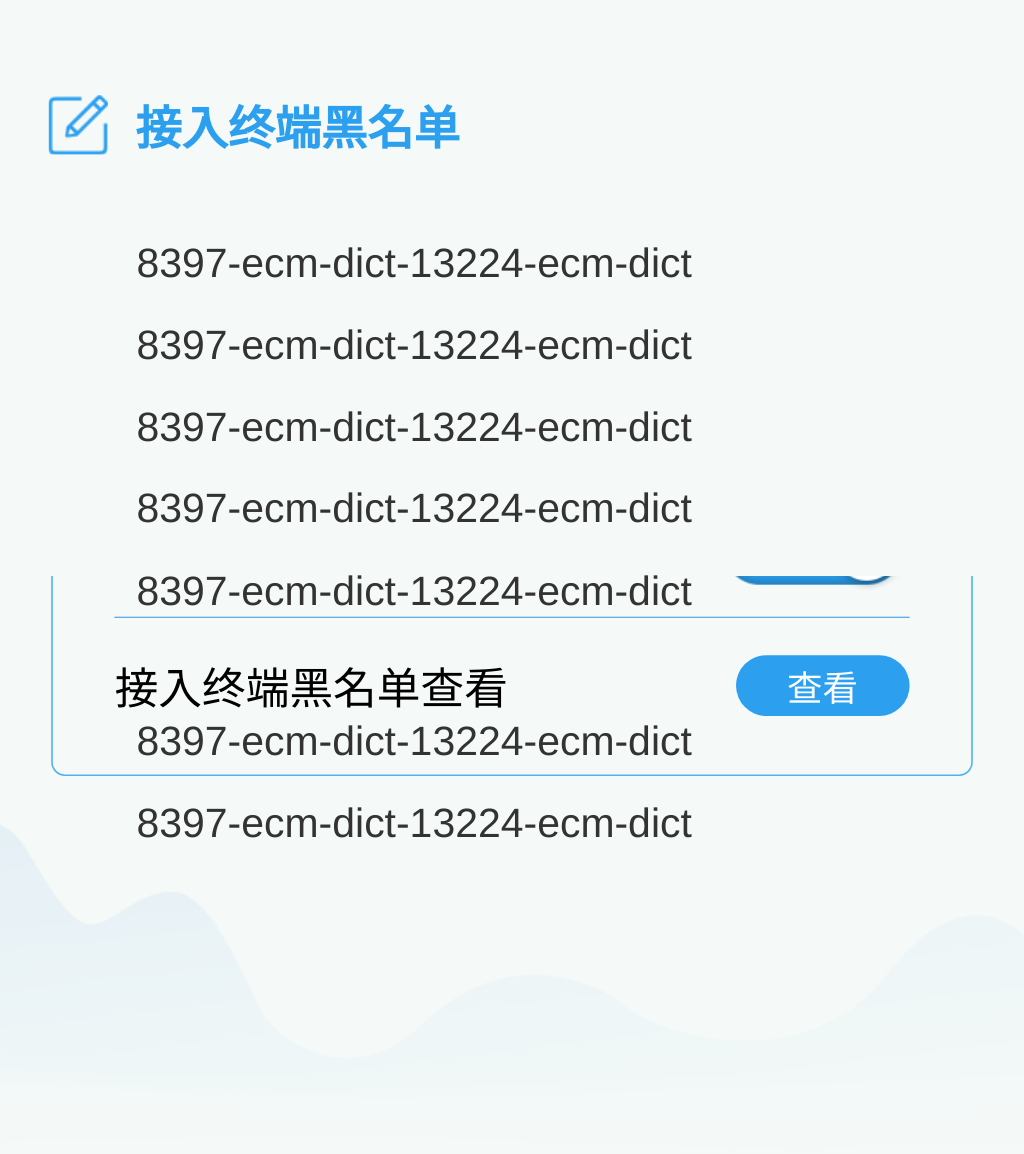
Repository: wangbiaozy/8.24
Page: index_control.html
An editor plug-in stored every save of this project. The page is shown before and after the next save, followed by the edit.
The browser window is 1280 px wide. The pictures show the whole page, at 80% of full size.

Above is the page before, as saved 2018-08-22 18:39:09.

### index_control.html
<!DOCTYPE html>
<html lang="en">
<head>
    <meta charset="UTF-8">
    <meta name="viewport"
          content="width=device-width, user-scalable=no, initial-scale=1.0, maximum-scale=1.0, minimum-scale=1.0">
    <title>Title</title>
    <link rel="stylesheet" href="css/reset.min.css">
    <link rel="stylesheet/less" href="css/styles_control.less">
    <script src="js/less-1.7.0.min.js"></script>
</head>
<body>
    <header>
        <p>个性控制</p>
        <a class="back" href="javascript:void(0)"></a>
    </header>
    <section>
        <ul id="controlBox">
            <li>
                <p>网关重启</p>
                <a href="javascript:void(0)"></a>
            </li>
            <li>
                <p>无线WIFI开关</p>
                <a class="off" href="javascript:void(0)"></a>
            </li>
            <li>
                <p>LED指示灯开关</p>
                <a href="javascript:void(0)"></a>
            </li>
            <li>
                <p>接入终端黑名单查看</p>
                <div id="look_blacklist">
                    <p>查看</p>
                </div>
            </li>
        </ul>
        <div></div>
    </section>
    <!-- 黑名单弹窗 -->
    <div class="blacklistModel">
        <div>
            <h2><span></span>接入终端黑名单</h2>
        </div>
        <div>
            <ul>
                <li>8397-ecm-dict-13224-ecm-dict</li>
                <li>8397-ecm-dict-13224-ecm-dict</li>
                <li>8397-ecm-dict-13224-ecm-dict</li>
                <li>8397-ecm-dict-13224-ecm-dict</li>
                <li>8397-ecm-dict-13224-ecm-dict</li>
                <li>8397-ecm-dict-13224-ecm-dict</li>
                <li>8397-ecm-dict-13224-ecm-dict</li>
            </ul>
        </div>
    </div>
</body>
</html>
<script src="js/jquery-1.10.1.min.js"></script>
<script src="js/index.js"></script>

### css/reset.min.css
@charset "utf-8";
/*默认样式清除和初始化*/
body,h1,h2,h3,h4,h5,h6,hr,p,blockquote,dl,dt,dd,ul,ol,li,button,input,textarea,th,td{margin:0;padding:0}body{font-size:12px;font-style:normal;font-family:"\5FAE\8F6F\96C5\9ED1",Helvetica,sans-serif}small{font-size:12px}h1{font-size:18px}h2{font-size:16px}h3{font-size:14px}h4,h5,h6{font-size:100%}ul,ol{list-style:none}a{text-decoration:none;background-color:transparent}a:hover,a:active{outline-width:0;text-decoration:none}table{border-collapse:collapse;border-spacing:0}hr{border:0;height:1px}img{border-style:none}img:not([src]){display:none}svg:not(:root){overflow:hidden}html{-webkit-touch-callout:none;-webkit-text-size-adjust:100%}input,textarea,button,a{-webkit-tap-highlight-color:rgba(0,0,0,0)}article,aside,details,figcaption,figure,footer,header,main,menu,nav,section,summary{display:block}audio,canvas,progress,video{display:inline-block}audio:not([controls]),video:not([controls]){display:none;height:0}progress{vertical-align:baseline}mark{background-color:#ff0;color:#000}sub,sup{position:relative;font-size:75%;line-height:0;vertical-align:baseline}sub{bottom:-0.25em}sup{top:-0.5em}button,input,select,textarea{font-size:100%;outline:0}button,input{overflow:visible}button,select{text-transform:none}textarea{overflow:auto}button,html [type="button"],[type="reset"],[type="submit"]{-webkit-appearance:button}button::-moz-focus-inner,[type="button"]::-moz-focus-inner,[type="reset"]::-moz-focus-inner,[type="submit"]::-moz-focus-inner{border-style:none;padding:0}button:-moz-focusring,[type="button"]:-moz-focusring,[type="reset"]:-moz-focusring,[type="submit"]:-moz-focusring{outline:1px dotted ButtonText}[type="checkbox"],[type="radio"]{box-sizing:border-box;padding:0}[type="number"]::-webkit-inner-spin-button,[type="number"]::-webkit-outer-spin-button{height:auto}[type="search"]{-webkit-appearance:textfield;outline-offset:-2px}[type="search"]::-webkit-search-cancel-button,[type="search"]::-webkit-search-decoration{-webkit-appearance:none}::-webkit-input-placeholder{color:inherit;opacity:.54}::-webkit-file-upload-button{-webkit-appearance:button;font:inherit}.clear:after{display:block;height:0;content:"";clear:both}
*{ -webkit-tap-highlight-color: rgba(0,0,0,0);-webkit-tap-highlight-color: transparent; /* For some Androids */ }

### js/index.js
(function (doc, win) {
    var docEl = doc.documentElement,
        resizeEvt = 'orientationchange' in window ? 'orientationchange' : 'resize',
        recalc = function () {
            var clientWidth = docEl.clientWidth;
            if (!clientWidth) return;
            docEl.style.fontSize = 100 * (clientWidth / 750) + 'px';
        };
    if (!doc.addEventListener) return;
    win.addEventListener(resizeEvt, recalc, false);
    doc.addEventListener('DOMContentLoaded', recalc, false);
})(document, window);
$(function () {

    //一键体检
    $('#beforeBtn').on('click',function(){
        $('.before').hide();
        $('.check').show();
        $('.progress').circleProgress({
            value: 1,
            size: 115,
            startAngle: Math.PI/2,
            thickness: 14,
            animation: {duration:12000},//进度条完成时间（ms）
            fill: {
                gradient: ["#32edfd"]
            },
            //circle-animation-start：	function(event)-event - jQ事件
            //circle-animation-progress：	function(event, animationProgress, stepValue)：-event - jQ事件 animationProgress - 从0.0到1.0stepValue - 当前的步长值，从0.0到value
            //circle-animation-end:	function(event)：-event - jQ事件
        }).on('circle-animation-progress', function (event, progress, stepValue) {
                $(this).find('span').html(parseInt(stepValue.toFixed(2) * 100));
        }).on('circle-animation-end',function(){
            $('.message').removeClass('move');
            stop();
            $('.check').hide();
            $('.result').show();
        });
        start();
        messageMove();
    });


    //检查项滚动
    var messageInnerText = '1111';
    function messageScroll(){
        $('.message').children('li:first-child').remove();
        $('.message').append('<li>'+messageInnerText+'</li>');
        if(!$('.message').hasClass('move')){
            window.clearInterval(timer);
        }
    }
    function messageMove(){
        timer = window.setInterval(messageScroll,500);
    }


    //检测时间
    var hour,minute,second;
    hour=minute=second=0;
    var millisecond=0;
    var int;
    function start(){
        int=setInterval(times,50);
    }
    function times(){
        millisecond=millisecond+50;
        if(millisecond>=1000){
            millisecond=0;
            second=second+1;
        }
        if(second>=60){
            second=0;
            minute=minute+1;
        }

        if(minute>=60){
            minute=0;
            hour=hour+1;
        }
      $('#timeText').text((hour<10?"0"+hour:hour)+':'+(minute<10?"0"+minute:minute)+':'+(second<10?"0"+second:second));
    }
    function stop(){
        window.clearInterval(int);
    }


    //查看详细清单下拉
    $('.arrow').on('click',function(){
        var $this = $(this),
            $listBox = $(this).siblings('div');
        $listBox.slideToggle("normal",function(){
            if($listBox.css('display') === 'block'){
                $this.addClass('act');
                $this.siblings('p').css('opacity','0');
            }else{
                $this.removeClass('act');
                $this.siblings('p').css('opacity','1');
            }
        });
    });



    //网关重启 WIFI开关 LED指示灯开关 查看黑名单
    $('#controlBox').on('click','a',function(){
        var $this = $(this);
        if($this.hasClass('off')){
            $this.removeClass('off');
        }else{
            $this.addClass('off');
        }
    });

    $('#look_blacklist').on('click',function(){
        var $blacklist = $('.blacklist');
        $blacklist.slideToggle('normal',function(){
            if($(this).css('display') === 'block'){
                $('#look_blacklist').addClass('act');
                $('.arrow_m').addClass('act');
            }else{
                $('#look_blacklist').removeClass('act');
                $('.arrow_m').removeClass('act');
            }
        });
    });

    //返回
    $('.back').on('click',function(){
        window.history.go(-1);
    });
    //关闭弹窗
    $('.close').on('click',function(){
        $(this).parent().hide();
        hideMask();
    });
    //显示遮罩层
    function showMask(){
        $("#mask").css("height",$(document).height());
        $("#mask").css("width",$(document).width());
        $("#mask").show();
        $('body').css('position','fixed');
    }
    //隐藏遮罩层
    function hideMask(){
        $("#mask").hide();
        $('body').css('position','unset');
    }
});

Loaded but not shown: js/less-1.7.0.min.js (library); js/jquery-1.10.1.min.js (library)

After the next save:
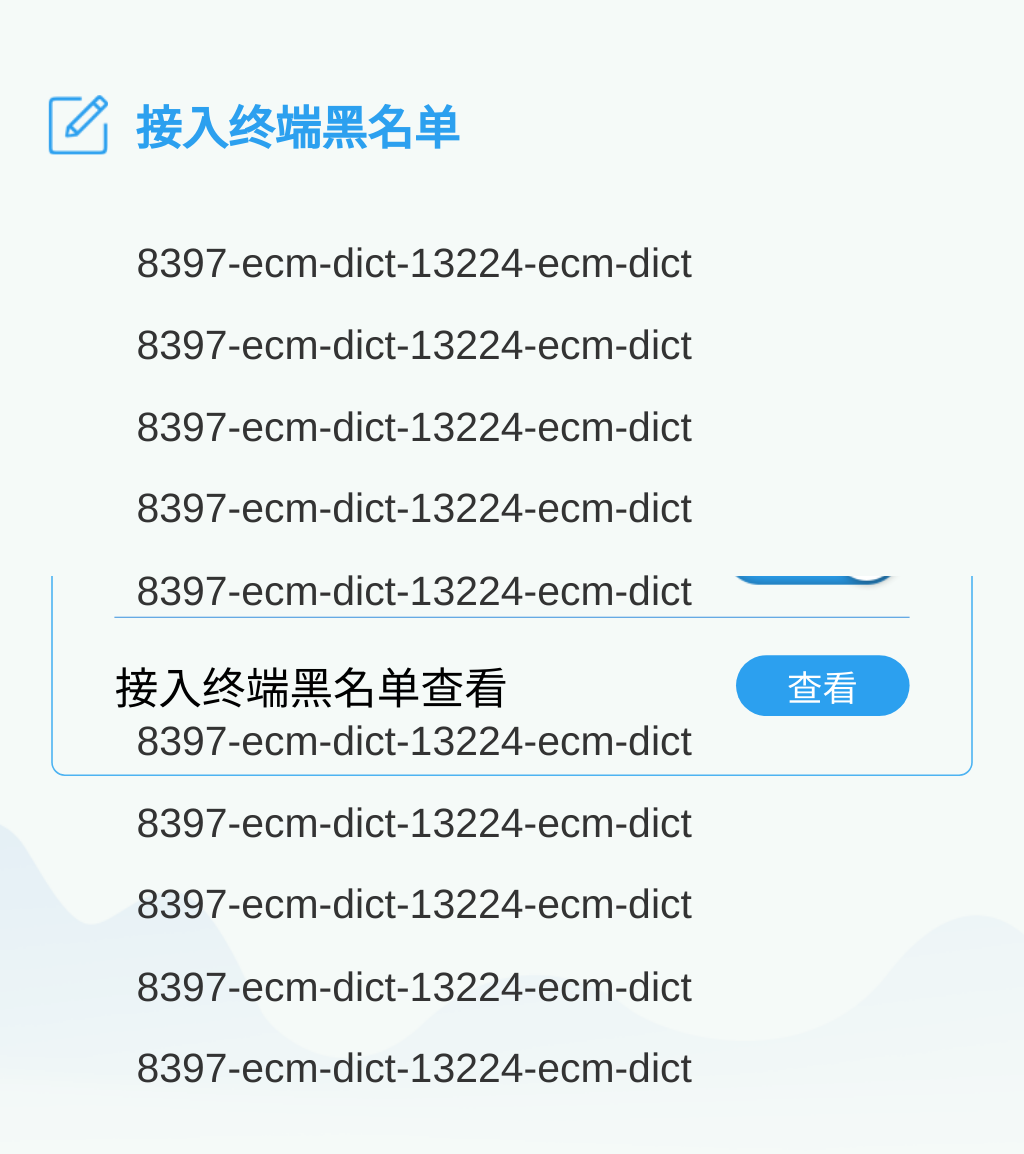
Saved 11 s later.
--- a/index_control.html
+++ b/index_control.html
@@ -51,6 +51,11 @@
                 <li>8397-ecm-dict-13224-ecm-dict</li>
                 <li>8397-ecm-dict-13224-ecm-dict</li>
                 <li>8397-ecm-dict-13224-ecm-dict</li>
+                <li>8397-ecm-dict-13224-ecm-dict</li>
+                <li>8397-ecm-dict-13224-ecm-dict</li>
+                <li>8397-ecm-dict-13224-ecm-dict</li>
+                <li>8397-ecm-dict-13224-ecm-dict</li>
+                <li>8397-ecm-dict-13224-ecm-dict</li>
             </ul>
         </div>
     </div>
